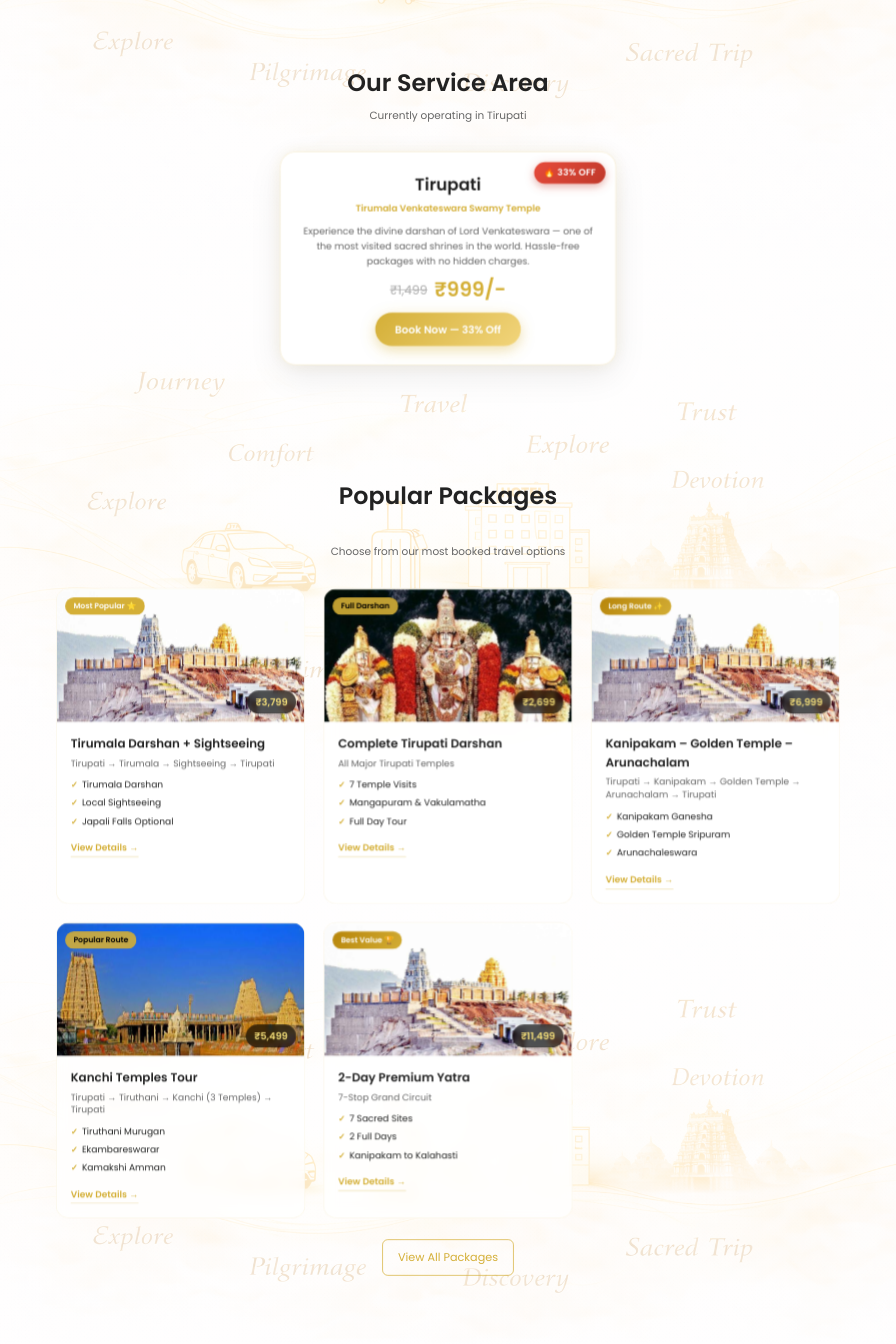
Repository: heytirupati/Bookingweb
Page: index.html
An editor plug-in stored every save of this project. The page is shown before and after the next save, followed by the edit.
The browser window is 1280 px wide. The pictures show the part of the page from y = 1379 to 3299 px (the page is 5203 px tall before and 5365 px after), at 70% of full size.
Backgrounds fixed to the window are drawn as part of the page.

Above is the page before, as saved 2026-04-28 17:10:21.

After the next save:
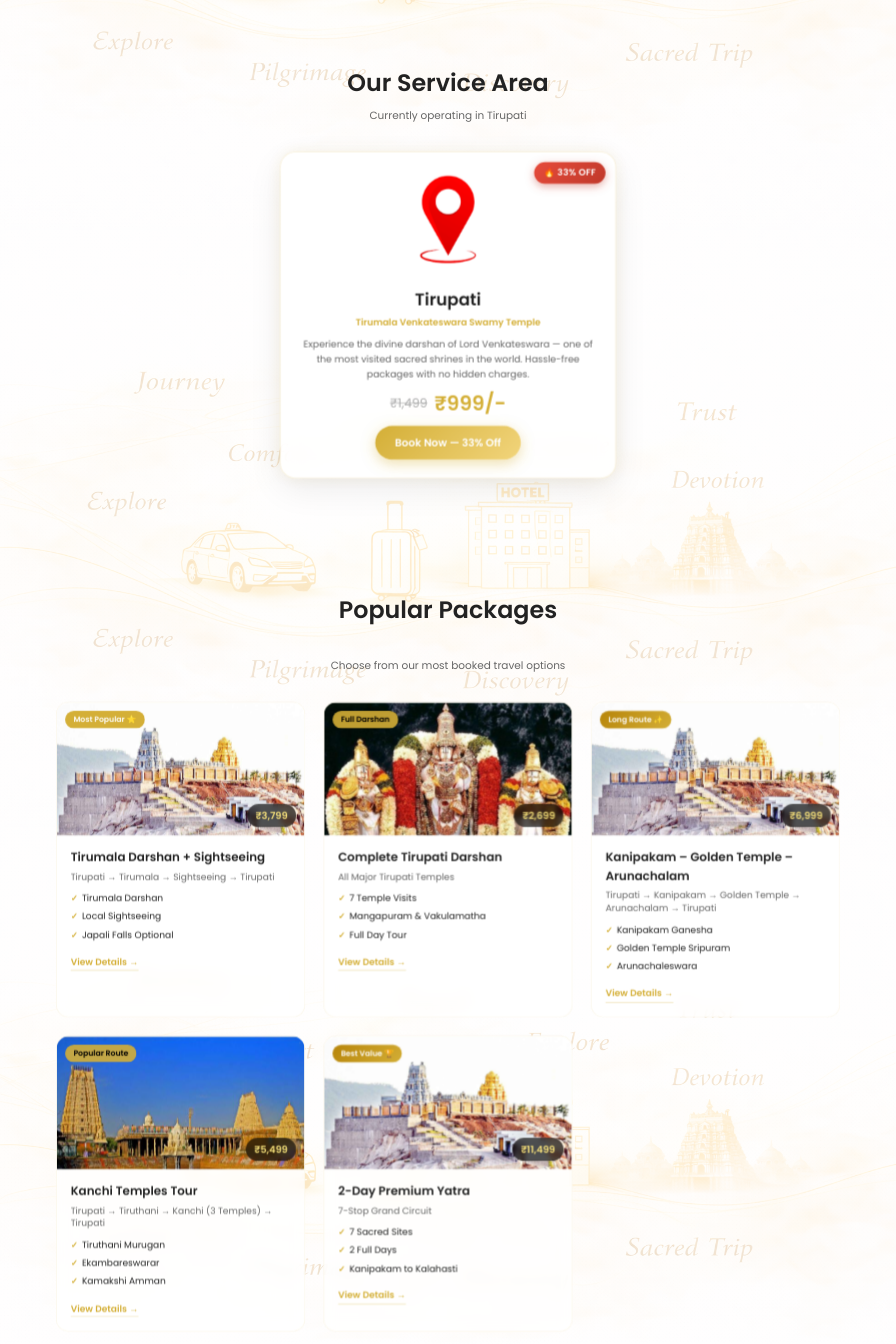
Saved 92 s later.
--- a/index.html
+++ b/index.html
@@ -166,7 +166,7 @@
         <div class="location-cards">
             <div class="location-card-rich">
                 <div class="location-card-body">
-                    <div class="location-card-icon"></div>
+                    <div class="location-card-icon"><img src="images/location.png" alt="Tirupati"></div>
                     <span class="location-offer-badge" style="display:inline-block;margin-bottom:10px;">🔥 33% OFF</span>
                     <h3>Tirupati</h3>
                     <p class="location-card-sub">Tirumala Venkateswara Swamy Temple</p>
